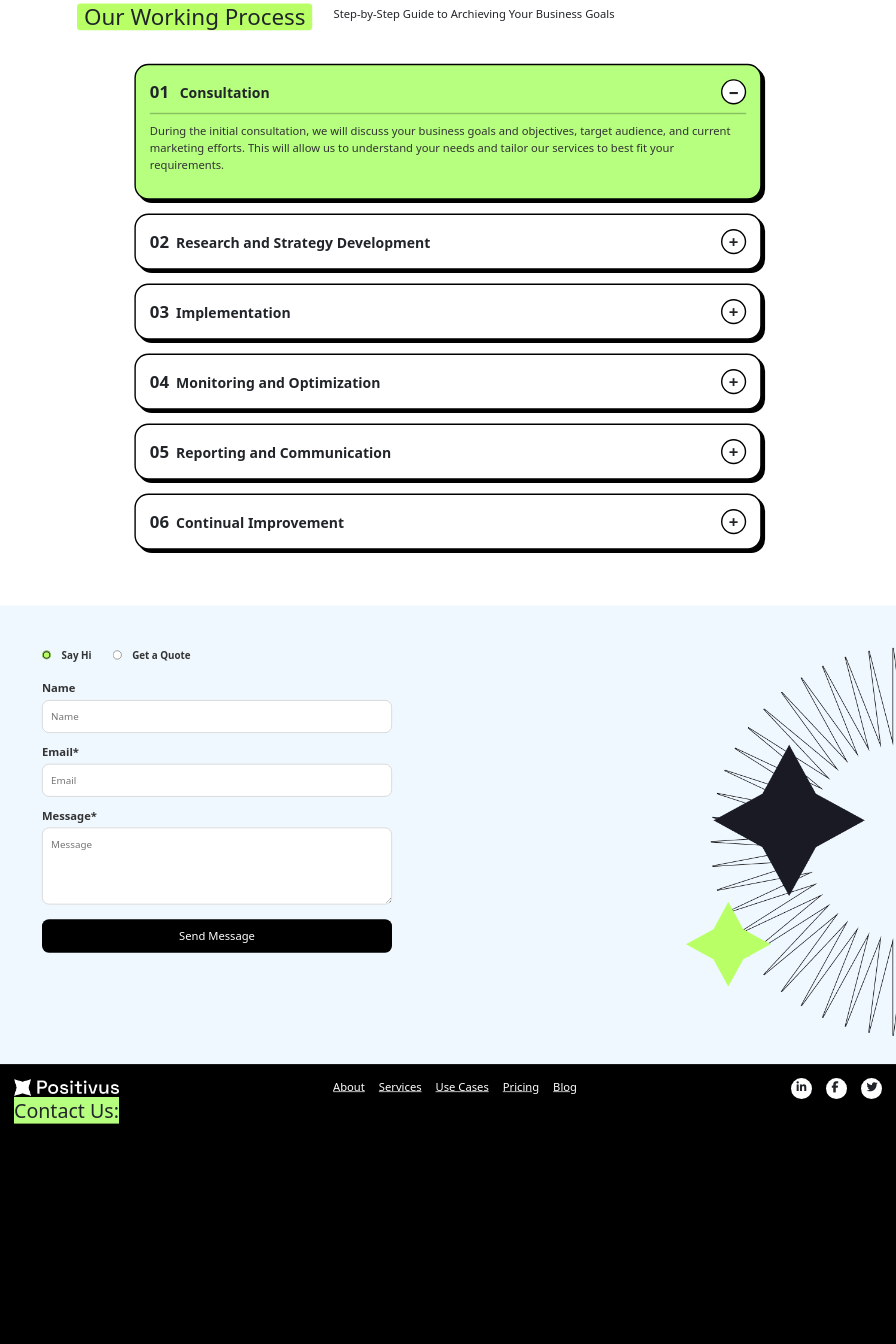
Repository: inshaabbas/CSS-Hackathon-SMIT
Page: index.html
The author's editor kept a copy of each file at every save. The page is drawn from the files as they stood at one save, then again after the next save.
The browser window is 1280 px wide. The pictures show the part of the page from y = 1253 to 3173 px (the page is 3173 px tall), at 70% of full size.
A picture or video elsewhere on the page could not be fetched, so the positions and the page height are approximate.

Above is the page before, as saved 2025-06-25 10:57:28.

After the next save:
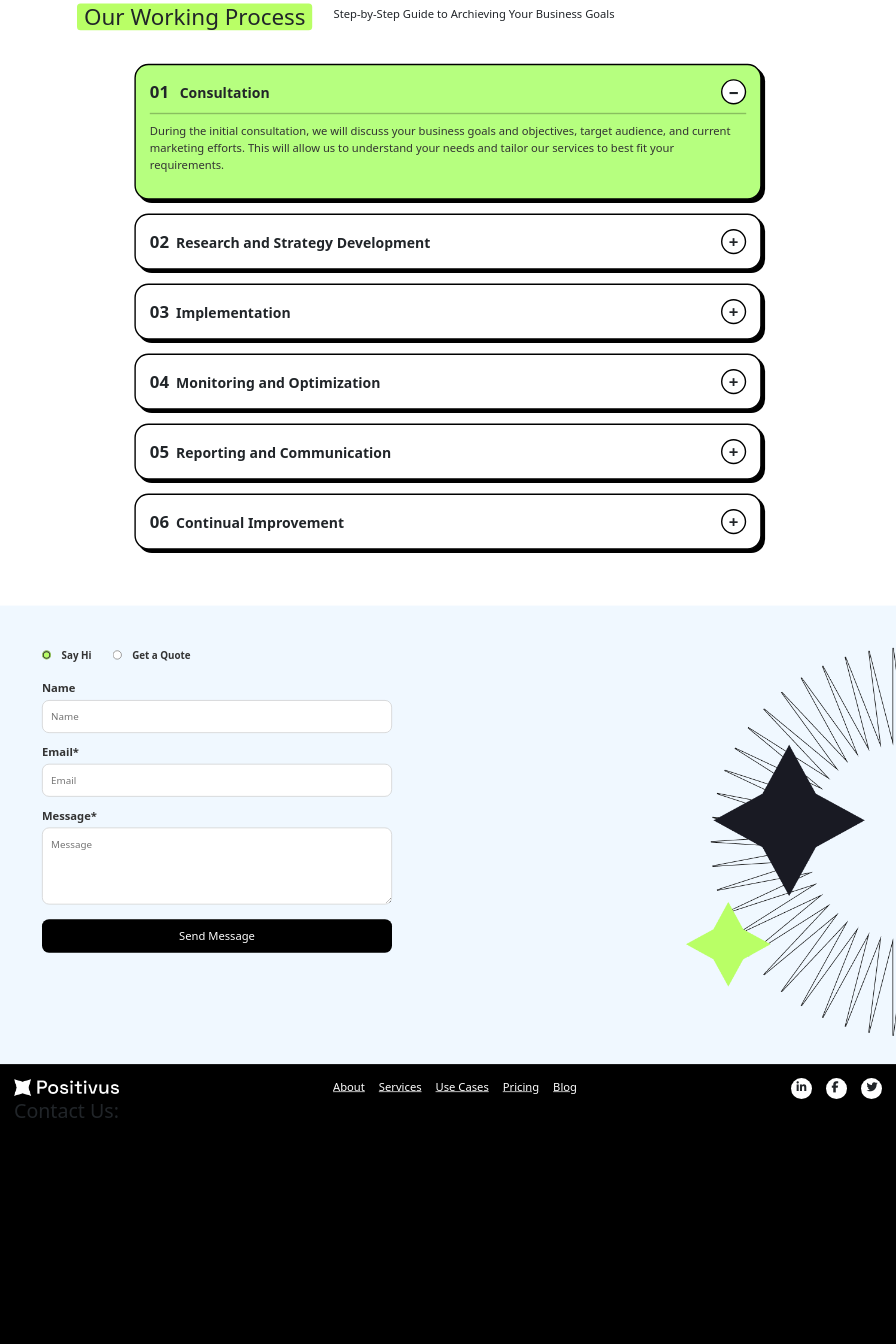
Saved 9 s later.
--- a/style.css
+++ b/style.css
@@ -571,7 +571,7 @@ footer{
     margin-left: 8px;
 }
 
-.fot-text h3{
+.fot-text h4{
     background-color: #b6ff7f;
     display: inline;
 }
